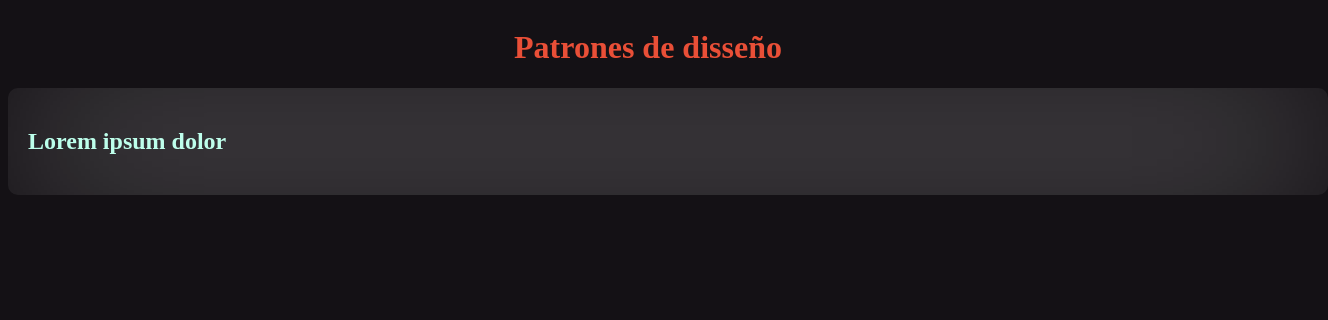
Repository: nrsWebs/design-pattern-es
Page: index.html
An editor plug-in stored every save of this project. The page is shown before and after the next save, followed by the edit.
The browser window is 1280 px wide. The page is 1328 px wide, so the pictures cover 1328 px, including what lies to the right of the window. The pictures show the whole page.

Above is the page before, as saved 2021-02-06 18:41:08.

After the next save:
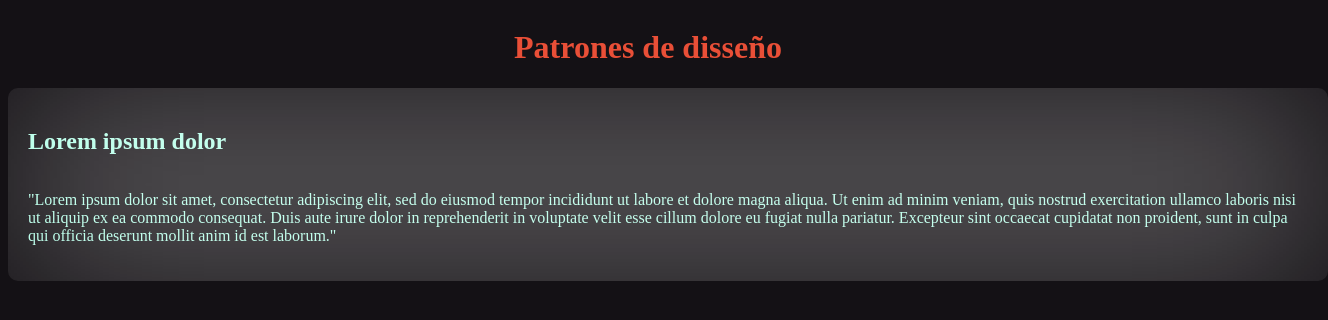
Saved 17 s later.
--- a/index.html
+++ b/index.html
@@ -16,9 +16,7 @@
 </body>
 <script>
 $(document).ready(function(){
-    setTimeout(function(){
-        $("p").hide();
-    }, 5000);
+
 });
 </script>
 </html>
